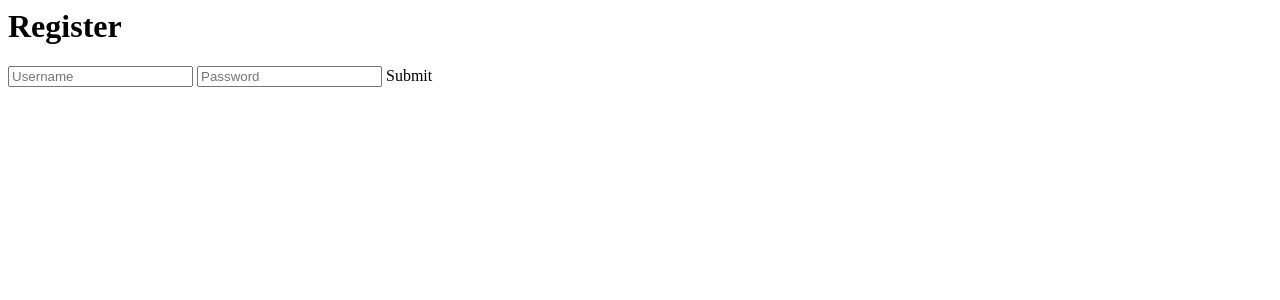
Repository: P1X3L0V4/webdevbootcamp
Page: http://localhost/register
The author's editor kept a record of every edit. The page is drawn from the files as they stood at one moment, then again after the next edit.
The browser window is 1280 px wide. The pictures show the whole page.
The page is served by the project's Node server (Authentication/AuthDemo/app.js). Other server files are loaded and not shown.

Above is the page before.

### Authentication/AuthDemo/views/register.ejs
<h1>Register</h1>

<form action="/register" method="POST">
    <input type="text" name="username" placeholder="Username">
    <input type="password" name="password" placeholder="Password">
    <buton>Submit</buton>
</form>

### Authentication/AuthDemo/app.js
var express               = require("express"),
    mongoose              = require("mongoose"),
    passport              = require("passport"),
    bodyParser            = require("body-parser"),
    LocalStrategy         = require("passport-local");
    passportLocalMongoose = require("passport-local-mongoose");

// *********
// Models
// *********
var User = require("./models/user");

// *********
// Settings
// *********

var app = express();
mongoose.connect("mongodb://localhost/auth_demo_app");
app.use(bodyParser.urlencoded({extended: true}));

app.use(require("express-session")({
    // Secret - keywords that will be a base to code the text
    secret: "Pixels are the key to everything",
    resave: false,
    saveUninitialized: false
}));

app.set("view engine", "ejs");
app.use(passport.initialize());
app.use(passport.session());

// Method to authenticate user (taken form user.js)
passport.use(new LocalStrategy(User.authenticate()));
// Methods to serialize and deserialize data (taken from user.js)
passport.serializeUser(User.serializeUser());
passport.deserializeUser(User.deserializeUser());


// *********
// Routes
// *********

app.get("/", function(req, res){
    res.render("home");
});

app.get("/secret", isLoggedIn, function(req, res){
    res.render("secret");
});

// AUTH ROUTES

// REGISTER - Show singn up form
app.get("/register", function(req, res){
    res.render("register");
});

// REGISTER - Handling user sign up
app.post("/register", function(req, res){
    User.register(new User({username: req.body.username}), req.body.password, function(err, user){
        if(err){
            console.log(err);
            return res.render("register");
        }
        // Login user in (serialize info ect.); local is the strategry (alt facebook, twitter)
        passport.authenticate("local")(req, res, function(){
            res.redirect("/secret");
        });
    });
});

// LOGIN - Render login form
app.get("/login", function(req, res){
    res.render("login");
});

// LOGIN - Logic
app.post("/login", passport.authenticate("local", {
    successRedirect: "/secret",
    failureRedirect: "/login"
}), function(req, res){});

// LOGOUT
app.get("/logout", function(req, res){
    req.logout();
    res.redirect("/");
});


// MIDDLEWARE FUNCS
function isLoggedIn(req, res, next) {
    if(req.isAuthenticated()) {
        return next();
    }
    res.redirect("/login");
}


// *********
// Listeners
// *********

app.listen(process.env.PORT, process.env.IP, function(){
    console.log("Server is running!");
});

After the next edit:
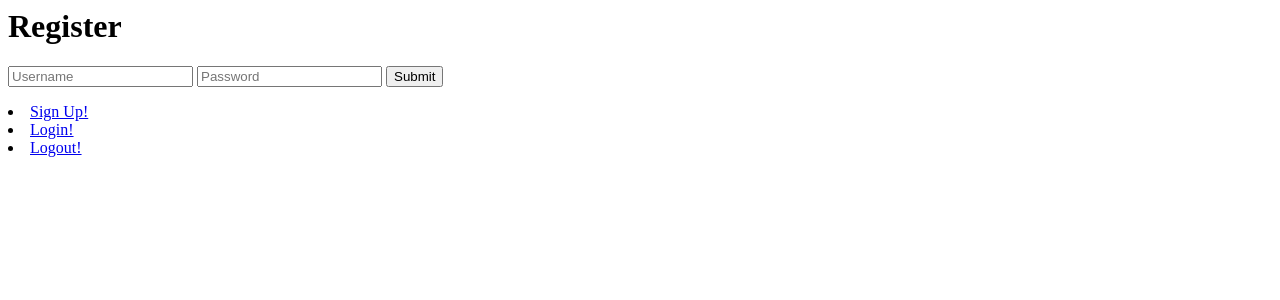
The edit:
--- a/Authentication/AuthDemo/views/register.ejs
+++ b/Authentication/AuthDemo/views/register.ejs
@@ -3,5 +3,9 @@
 <form action="/register" method="POST">
     <input type="text" name="username" placeholder="Username">
     <input type="password" name="password" placeholder="Password">
-    <buton>Submit</buton>
+    <button>Submit</button>
 </form>
+
+<li><a href="/register">Sign Up!</a></li>
+<li><a href="/login">Login!</a></li>
+<li><a href="/logout">Logout!</a></li>
